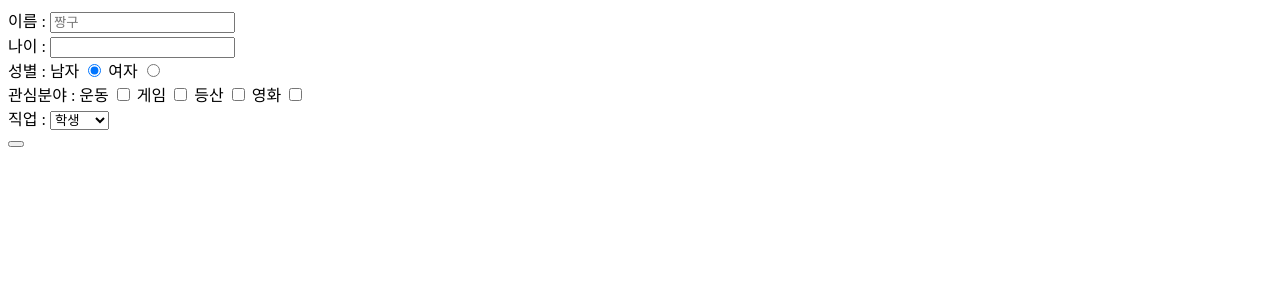
Repository: LEENYAMNYAM/JSP
Page: http://localhost/JSP_Project/exam/forminput_jquery.jsp
An editor plug-in stored every save of this project. The page is shown before and after the next save, followed by the edit.
The browser window is 1280 px wide. The pictures show the whole page.
The page is served by Tomcat 9.

Above is the page before, as saved 2025-02-27 06:29:02.

After the next save:
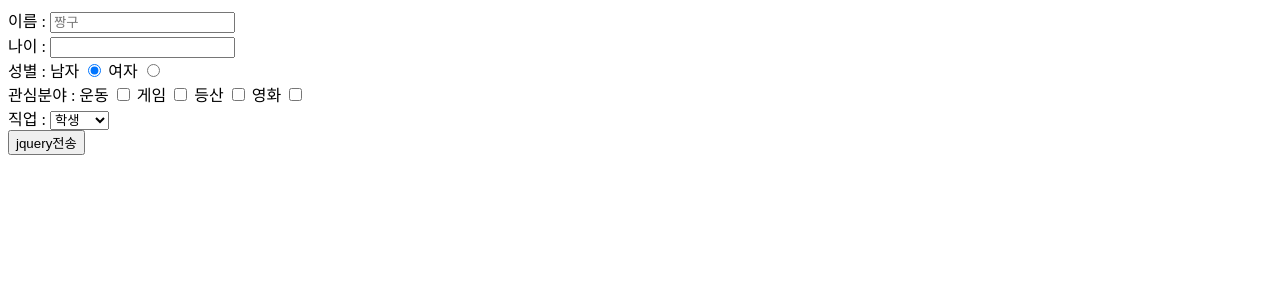
Saved 19 s later.
--- a/JSP_Project/src/main/webapp/exam/forminput_jquery.jsp
+++ b/JSP_Project/src/main/webapp/exam/forminput_jquery.jsp
@@ -53,7 +53,7 @@ $(function(){
 	  	<option value="기타">기타</option>
 	  </select> </br>
 
-<button type="button" value="jquery전송"></button>
+<button type="button" value="jquery전송">jquery전송</button>
 
 
 
